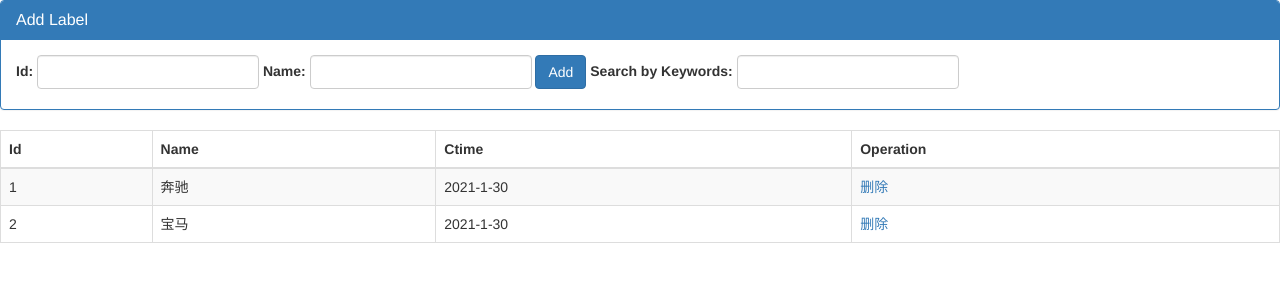
Repository: Devonzhang/FrontEnd
Page: VueStudyDay2/02品牌列表案例2.html
The author's editor kept a copy of each file at every save. The page is drawn from the files as they stood at one save, then again after the next save.
The browser window is 1280 px wide. The pictures show the whole page.

Above is the page before, as saved 2021-01-31 17:12:42.

### VueStudyDay2/02品牌列表案例2.html
<!DOCTYPE html>
<html lang="en">

<head>
    <meta charset="UTF-8">
    <meta name="viewport" content="width=device-width, initial-scale=1.0">
    <title>Document</title>
    <script src="lib/vue.js"></script>
    <link rel="stylesheet" href="lib/bootstrap.css">
    <!-- 需要JQuery？NO -->
</head>

<body>
    <div id="app">
        <div class="panel panel-primary">
            <div class="panel-heading">
                <h3 class="panel-title">Add Label</h3>

            </div>
            <div class="panel-body form-inline">
                <label>Id:
                    <input type="text" class="form-control" v-model="id">
                </label>
                <label>Name:
                    <input type="text" class="form-control" v-model="name">
                </label>
                <input type="button" value="Add" class="btn btn-primary" @click="add">
                <label>Search by Keywords:
                    <input type="text" class="form-control" v-model="keywords">
                </label>
                <!-- <input type="button" value="Search" class="btn btn-primary" @click="add"> -->
            </div>
        </div>


        <table class="table table-bordered table-hover table-striped">
            <thead>
                <tr>
                    <th>Id</th>
                    <th>Name</th>
                    <th>Ctime</th>
                    <th>Operation</th>
                </tr>
            </thead>
            <tbody>
                <tr v-for="item in search(keywords)" :key="item.id">
                    <td v-text="item.id"></td>
                    <td v-text="item.name"></td>
                    <td>{{item.ctime | dateFormat}}</td>
                    <td>
                        <a href="" @click.prevent="del(item.id)">删除</a>
                    </td>
                </tr>
            </tbody>
        </table>

    </div>
    <script>
        Vue.filter('dateFormat', function(dateStr) {
            //根据给定的时间字符串得到特定的时间
            var dt = new Date(dateStr)
                //yyyy-mm-dd
            var y = dt.getFullYear()
            var m = dt.getMonth() + 1
            var d = dt.getDate()

            return `${y}-${m}-${d}`
        })



        var vm = new Vue({
            el: '#app',
            data: {
                id: '',
                name: '',
                keywords: '',
                list: [{
                    id: 1,
                    name: '奔驰',
                    ctime: new Date()
                }, {
                    id: 2,
                    name: '宝马',
                    ctime: new Date()
                }]

            },
            methods: {
                add() {
                    this.list.push({
                        id: this.id,
                        name: this.name,
                        ctime: new Date()
                    })
                    this.id = this.name = ''
                },
                del(id) {
                    //1. 根据Id找到需要删除的索引
                    //2. 找到索引后，调用splice方法
                    // this.list.some((item, i) => {
                    //     //数组some方法中 使用return true会立即终止数组的后续循环
                    //     if (item.id == id) {
                    //         this.list.splice(i, 1)
                    //         return true;
                    //     }
                    // })
                    //some可以进行操作，findIndex只查找index
                    var index = this.list.findIndex(item => {
                        if (item.id == id) {
                            return true;
                        }
                    })
                    this.list.splice(index, 1)




                },
                search(keywords) { //根据关键词数据搜索
                    //var newlist = []

                    //findindex方法
                    // this.list.forEach(item => {
                    //     if (item.name.indexOf(keywords) != -1) {
                    //         newlist.push(item)
                    //     }
                    // })

                    //foreach some filter findIndex都是属于数组的新方法
                    //都会对数组中的每一项进行遍历，执行相关操作
                    var newList = this.list.filter(item => {
                        //if(item.name.indexOf(keywords)!=-1)
                        //ES6中为字符串提供了新方法，叫做 String.prototype.includes('要包含的字符串')
                        //包含返回true 否则返回false
                        if (item.name.includes(keywords)) {
                            return item

                        }

                    })


                    return newList

                }

            }
        })
    </script>

</body>

</html>

Loaded but not shown: VueStudyDay2/lib/vue.js (library); VueStudyDay2/lib/bootstrap.css (library)

After the next save:
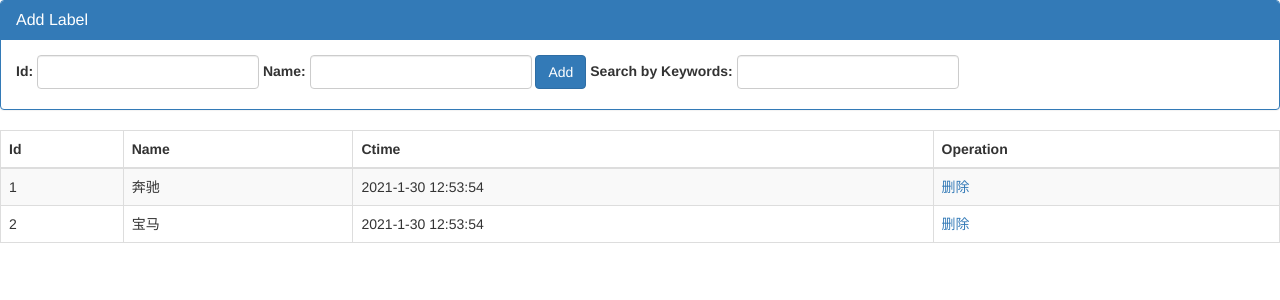
Saved 3 min 29 s later.
--- a/VueStudyDay2/02品牌列表案例2.html
+++ b/VueStudyDay2/02品牌列表案例2.html
@@ -46,7 +46,7 @@
                 <tr v-for="item in search(keywords)" :key="item.id">
                     <td v-text="item.id"></td>
                     <td v-text="item.name"></td>
-                    <td>{{item.ctime | dateFormat}}</td>
+                    <td>{{item.ctime | dateFormat('')}}</td>
                     <td>
                         <a href="" @click.prevent="del(item.id)">删除</a>
                     </td>
@@ -56,7 +56,7 @@
 
     </div>
     <script>
-        Vue.filter('dateFormat', function(dateStr) {
+        Vue.filter('dateFormat', function(dateStr, pattern) {
             //根据给定的时间字符串得到特定的时间
             var dt = new Date(dateStr)
                 //yyyy-mm-dd
@@ -64,7 +64,17 @@
             var m = dt.getMonth() + 1
             var d = dt.getDate()
 
-            return `${y}-${m}-${d}`
+
+
+
+            if (pattern.toLowerCase() == 'yyyy-mm-dd') {
+                return `${y}-${m}-${d}`
+            } else {
+                var hh = dt.getHours()
+                var mm = dt.getMinutes()
+                var ss = dt.getSeconds()
+                return `${y}-${m}-${d} ${hh}:${mm}:${ss}`
+            }
         })
 
 
